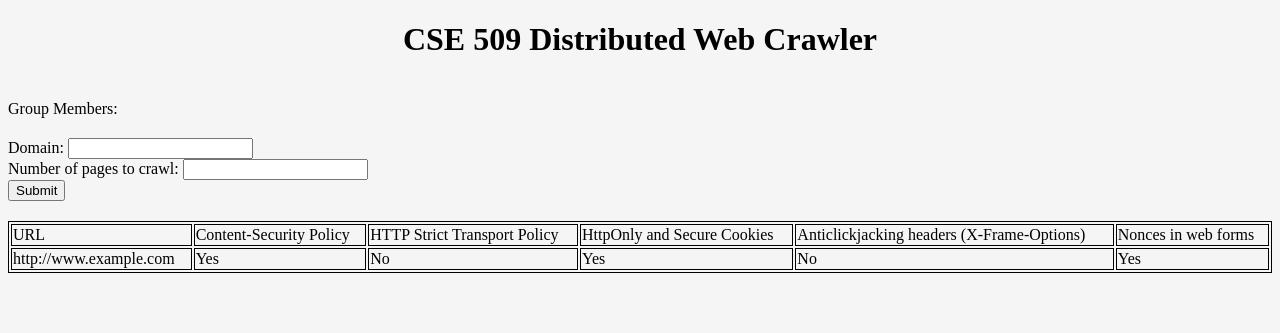
Repository: mfleish3/Crawler
Page: cse509/Crawling/WebContent/index.html
The author's editor kept a copy of each file at every save. The page is drawn from the files as they stood at one save, then again after the next save.
The browser window is 1280 px wide. The pictures show the whole page.

Above is the page before, as saved 2015-11-07 21:53:29.

### cse509/Crawling/WebContent/index.html
<!DOCTYPE html>
<html>
	<head>
	  <title>Crawler Index Page</title>
	  <link rel="stylesheet" type="text/css" href="style/index.css">
	</head>
	<body>
		<div id="divProjectHeader">
			<h1 id="headerProject">CSE 509 Distributed Web Crawler</h1>
		</div>
	  <div>
	  	<div id="divGroup">
	  		<a>Group Members:</a>
	  		<a></a>
	  		<a></a>
	  		<a></a>
	  		<a></a>
	  		<a></a>
	  	</div>

	  	<div id="divInitialize">
	  		<form name="initializeForm" method="post" action="UserInput">
			  Domain: <input type="text" name="domainName"><br>
			  Number of pages to crawl: <input type="text" name="numberPages"><br>
			  <input type="submit" value="Submit">
			</form>
	  	</div>


		  <div id="divTableMain">
		  	<table id="tableMain">
			  <tr>
			    <td>URL</td>
			    <td>Content-Security Policy</td>
			    <td>HTTP Strict Transport Policy</td>
			    <td>HttpOnly and Secure Cookies</td>
			    <td>Anticlickjacking headers (X-Frame-Options)</td>
			    <td>Nonces in web forms</td>
			  </tr>
			  <tr>
			    <td>http://www.example.com</td>
			    <td>Yes</td>
			    <td>No</td>
			    <td>Yes</td>
			    <td>No</td>
			    <td>Yes</td>
			  </tr>
			</table>
		  </div>
	  </div>
	</body>
</html>

### cse509/Crawling/WebContent/style/index.css
body {
	background-color: #F5F5F5;
}

#divTableMain {
	padding-top: 20px;
}

#tableMain {
	width: 100%;
	border: 1px solid black;
}

td {
	border: 1px solid black;
}

#divGroup {
	padding-top: 20px;
}

#divInitialize {
	padding-top: 20px;
}

#divProjectHeader {
	text-align: center;
	width: 100%;
}

After the next save:
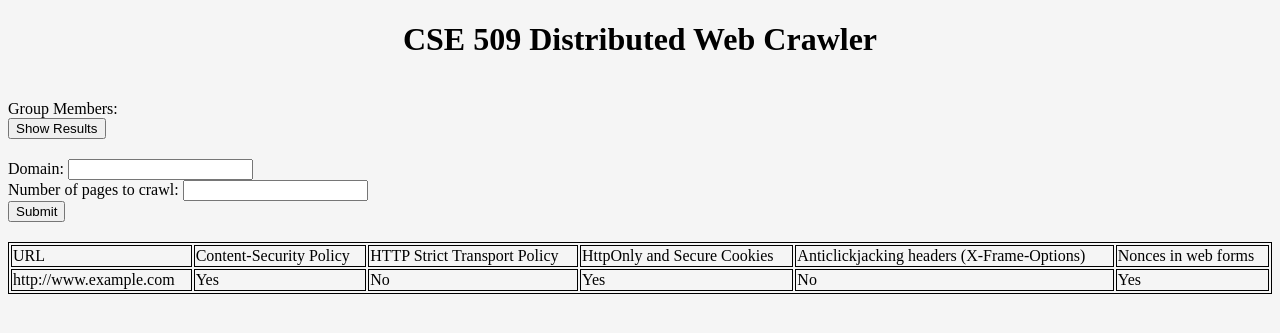
Saved 7 min 30 s later.
--- a/cse509/Crawling/WebContent/index.html
+++ b/cse509/Crawling/WebContent/index.html
@@ -16,6 +16,10 @@
 	  		<a></a>
 	  		<a></a>
 	  		<a></a>
+	  	</div>
+
+	  	<div>
+	  		<button type="button">Show Results</button>
 	  	</div>
 
 	  	<div id="divInitialize">
